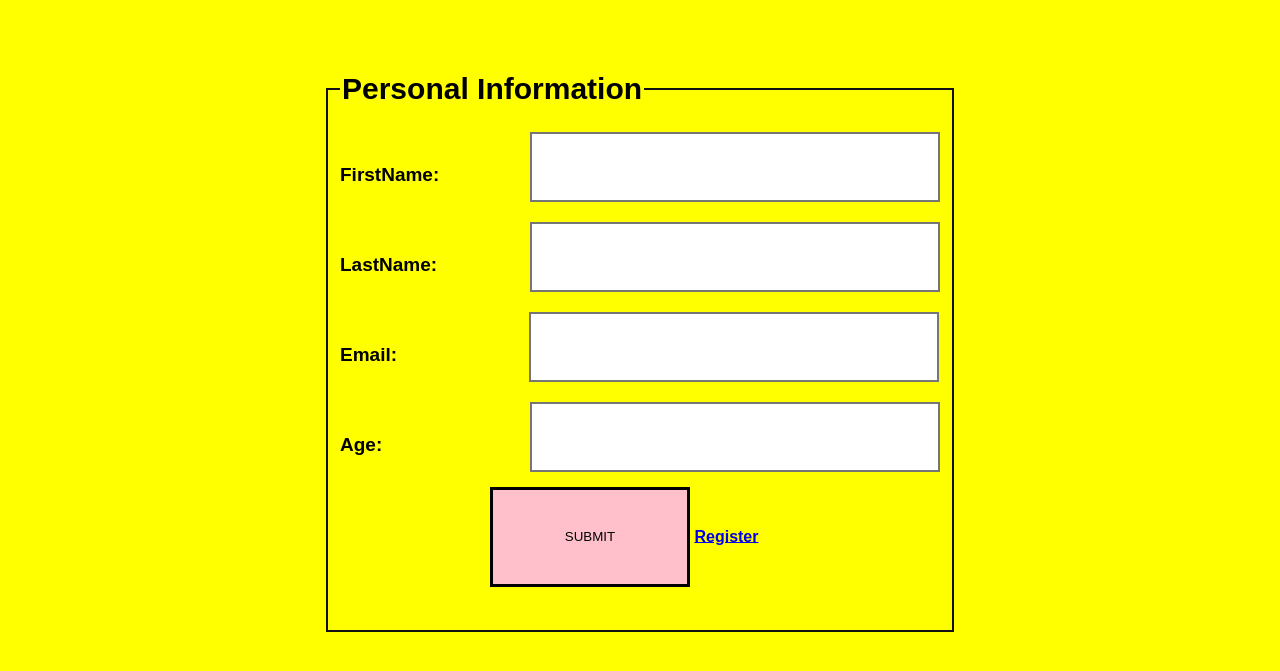
Repository: Femi007-gh/Legend
Page: index.html
These files come from the project's save history. The page is drawn as it stood at one moment and after the next save; the edit follows.
The browser window is 1280 px wide. The pictures show the whole page.

Above is the page before, as saved 2025-04-08 09:35:18.

After the next save:
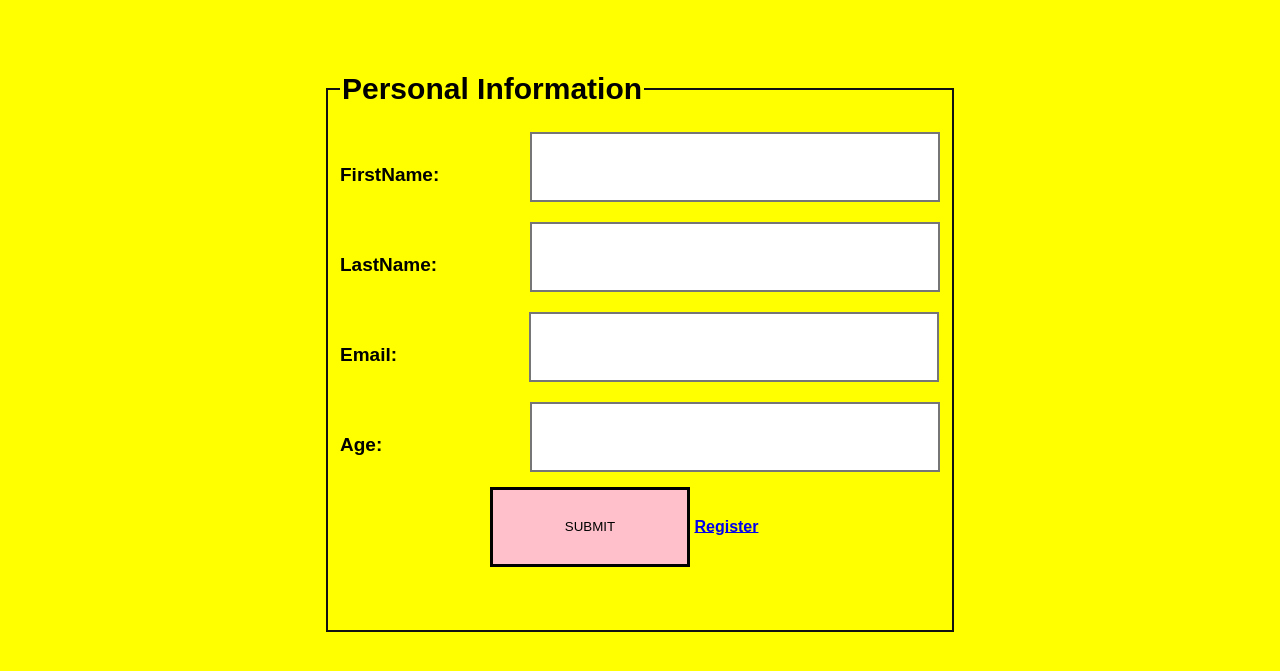
Saved 7 s later.
--- a/style.css
+++ b/style.css
@@ -58,7 +58,7 @@ input {
 }
 
 .sub {
-  height: 100px;
+  height: 80px;
   width: 200px;
   margin-left: 150px;
   margin-top: 15px;
